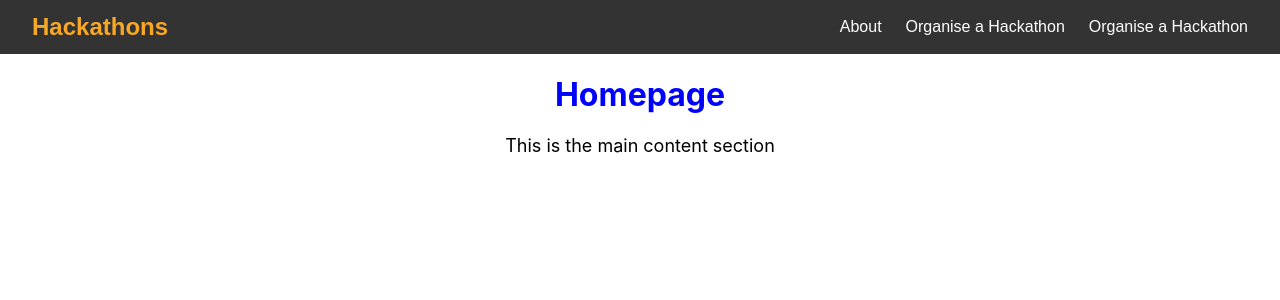
Repository: Ken-Kanike/RUBIX25_41_TECHTITANS
Page: /dashboard (app in backend/client/)
An editor plug-in stored every save of this project. The page is shown before and after the next save, followed by the edit.
The browser window is 1280 px wide. The pictures show the whole page.
The project was rebuilt for these pictures with package versions that can differ from the ones it lists, and the page was loaded fresh each time.

Above is the page before, as saved 2025-01-22 22:03:00.

### backend/client/public/index.html
<!DOCTYPE html>
<html lang="en">
  <head>
    <meta charset="utf-8" />
    <!-- <link rel="icon" href="%PUBLIC_URL%/favicon.ico" /> -->
    <meta name="viewport" content="width=device-width, initial-scale=1" />
    <meta name="theme-color" content="#000000" />
    <!-- <meta
      name="description"
      content="Web site created using create-react-app"
    />
    <link rel="apple-touch-icon" href="%PUBLIC_URL%/logo192.png" />

      manifest.json provides metadata used when your web app is installed on a
      user's mobile device or desktop. See https://developers.google.com/web/fundamentals/web-app-manifest/

    <link rel="manifest" href="%PUBLIC_URL%/manifest.json" /> -->

    <title>React App</title>
  </head>
  <body>
    <noscript>You need to enable JavaScript to run this app.</noscript>
    <div id="root"></div>

  </body>
</html>

### backend/client/src/App.js

//import Home from "./components/Home";
import Navbar from "./navbar";
import HomePage from './homepage';
function App() {
  return (
    <>
      {/* <Header />*/}
      {/* <Main /> */}
      <Navbar />
      <HomePage />
      {/* <Footer />  */}
    </>
  );
}

export default App;

### backend/client/src/navbar.js
// src/Navbar.js
import React from 'react';
import './navbar.css'; // For styling
import { Link } from 'react-router-dom';

const Navbar = () => {
    return (
        <nav className="navbar">
            <div className="navbar-logo">Hackathons</div>
            <ul className="navbar-links">

                <li><a href="#about">About</a></li>
                <li><a href="#organise">Organise a Hackathon</a></li>
                <li><a href="#organise">Organise a Hackathon</a></li>
            </ul>
        </nav>
    );
};

export default Navbar;

### backend/client/src/homepage.js
import React from 'react';
import './homepage.css';

const HomePage = () => {
    return (
        <div>
            <h1>Homepage</h1>
            <p>This is the main content section</p>
        </div>
    );
};

export default HomePage;

### backend/client/src/navbar.css
/* src/Navbar.css */
.navbar {
    display: flex;
    justify-content: space-between;
    align-items: center;
    padding: 0.8rem 2rem;
    background-color: #333;
    color: white;
    font-family: Arial, sans-serif;
}

.navbar-logo {
    font-size: 1.5rem;
    font-weight: bold;
    color: #f9a825; /* Yellowish highlight */
}

.navbar-links {
    list-style: none;
    display: flex;
    gap: 1.5rem;
    margin: 0;
    padding: 0;
}

.navbar-links li {
    display: inline;
}

.navbar-links a {
    text-decoration: none;
    color: white;
    font-size: 1rem;
    transition: color 0.3s ease;
}

.navbar-links a:hover {
    color: #f9a825;
}

### backend/client/src/homepage.css
/* src/HomePage.css */
h1 {
    color: blue;
    text-align: center;
}
p {
    font-size: 18px;
    text-align: center;
}

Loaded but not shown: backend/client/src/index.js (common file); backend/client/src/index.css (common file); backend/client/src/reportWebVitals.js (common file)

After the next save:
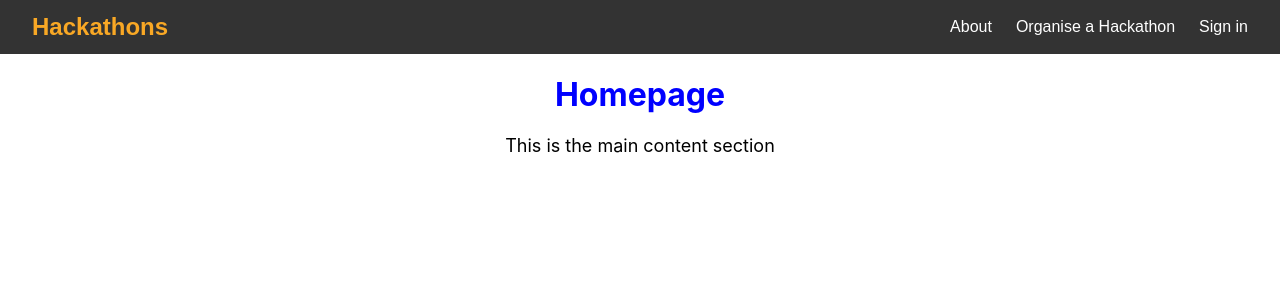
Saved 15 s later.
--- a/backend/client/src/navbar.js
+++ b/backend/client/src/navbar.js
@@ -11,7 +11,7 @@ const Navbar = () => {
 
                 <li><a href="#about">About</a></li>
                 <li><a href="#organise">Organise a Hackathon</a></li>
-                <li><a href="#organise">Organise a Hackathon</a></li>
+                <li><a href="#signin">Sign in</a></li>
             </ul>
         </nav>
     );
